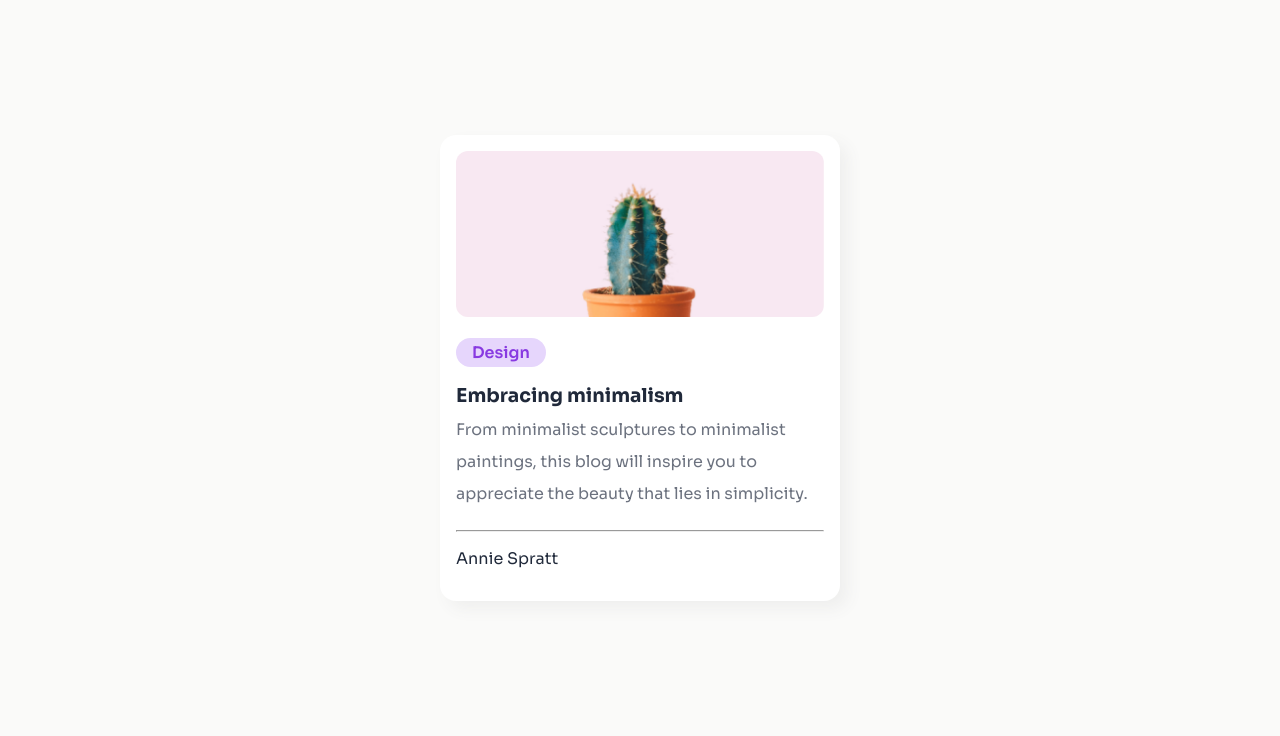
Repository: PCGP22/devChallengesio
Page: 01 - Minimal Blog Card/blogCard.html
The author's editor kept a copy of each file at every save. The page is drawn from the files as they stood at one save, then again after the next save.
The browser window is 1280 px wide. The pictures show the whole page.

Above is the page before, as saved 2024-01-01 20:03:40.

After the next save:
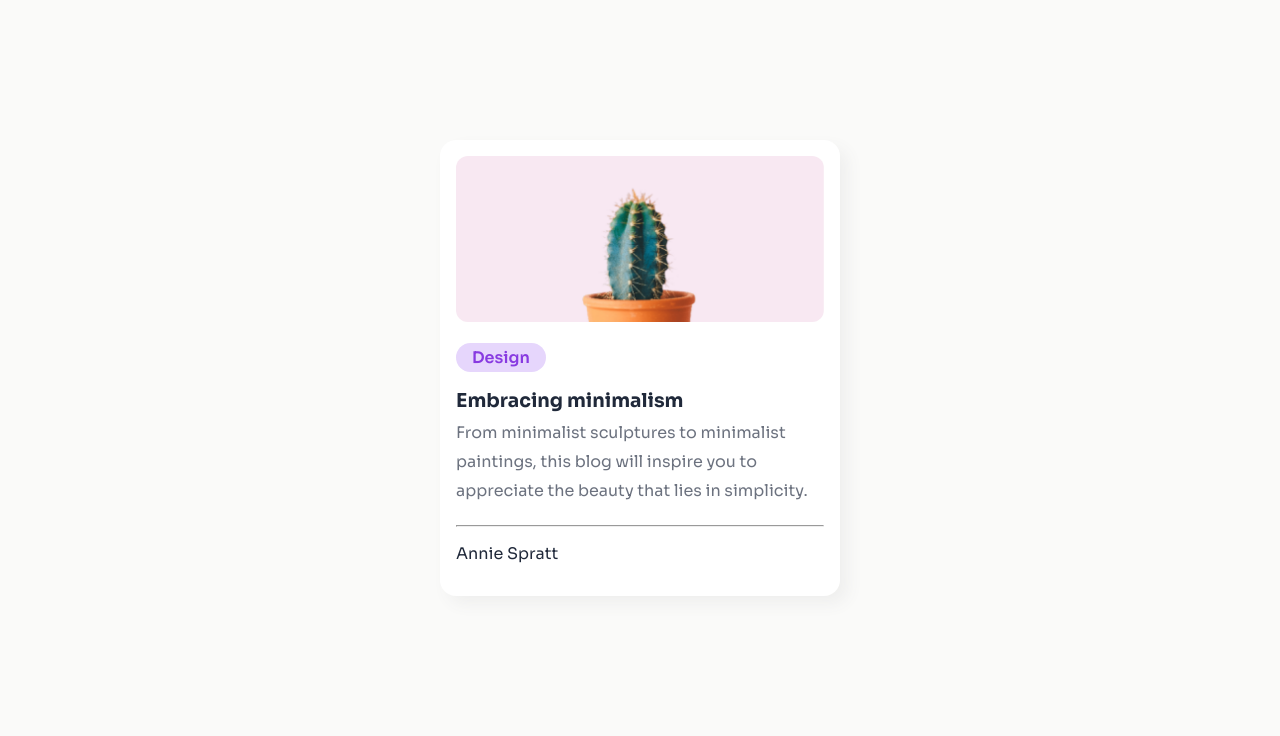
Saved 8 s later.
--- a/01 - Minimal Blog Card/styles.css
+++ b/01 - Minimal Blog Card/styles.css
@@ -57,5 +57,5 @@ h1{
     margin-bottom: 20px;
     color: var(--text_body);
     font-weight: 400;
-    line-height: 2em;
+    line-height: 1.8em;
 }
